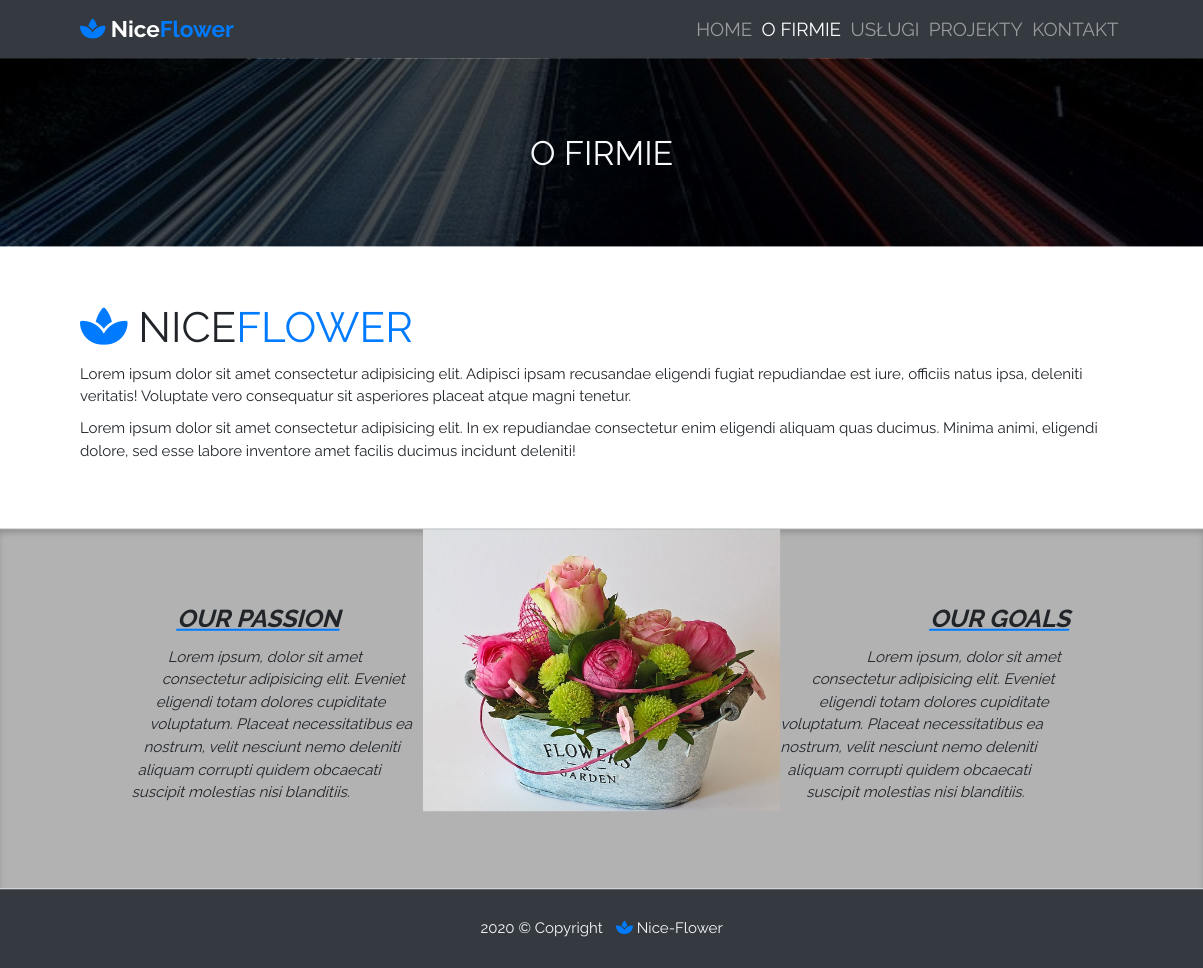
Repository: KrzysKolo/Projekt-13_Kwiaciarnia
Page: abouteus.html
The author's editor kept a copy of each file at every save. The page is drawn from the files as they stood at one save, then again after the next save.
The browser window is 1280 px wide. The pictures show the whole page, at 94% of full size.
Some web libraries are served in a nearby version.

Above is the page before, as saved 2020-08-10 10:07:23.

After the next save:
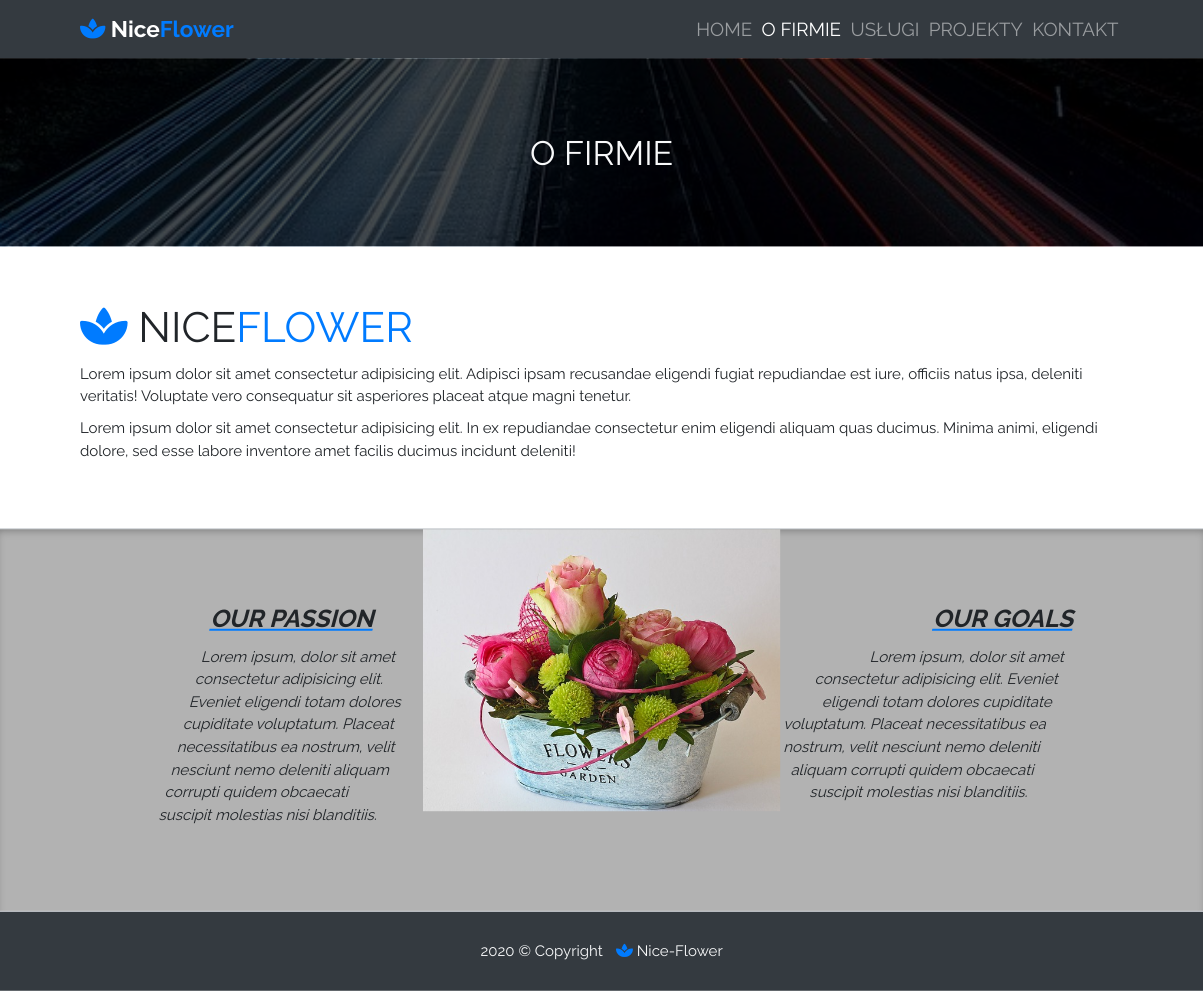
Saved 92 s later.
--- a/style.css
+++ b/style.css
@@ -152,6 +152,9 @@ footer {
     padding: 5em 0;
     transform: skew(-15deg);
   }
+  .abouts-text-left {
+    padding-left: 2em;
+  }
 }
 @media (min-width: 1400px) {
   .carousel-item {
